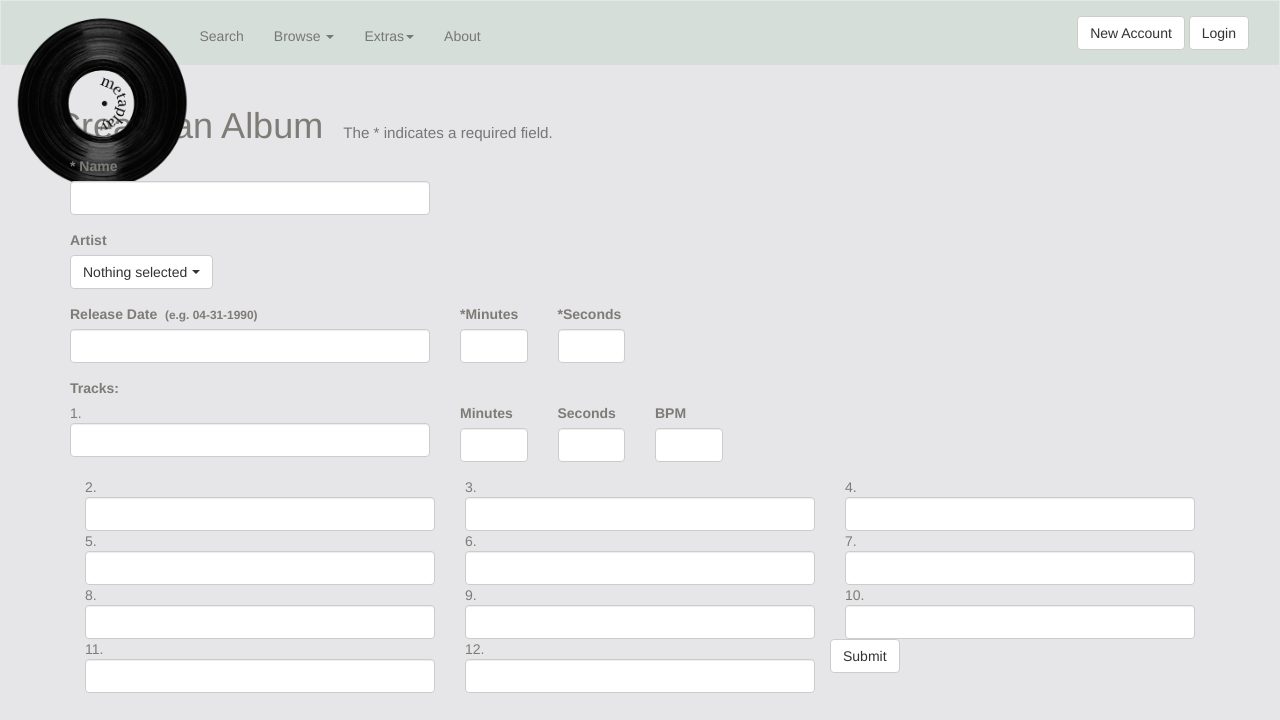
Repository: dRiott/Metaplay
Page: http://localhost/metaplay/WEB-INF/views/album_add.jsp
An editor plug-in stored every save of this project. The page is shown before and after the next save, followed by the edit.
The browser window is 1280 px wide. The pictures show the whole page.
Some web libraries are served in a nearby version. The page is served by Tomcat 9. Nobody is signed in. The template is opened directly, without the code that normally fills it, so the values that code supplies are empty.

Above is the page before, as saved 2015-09-29 20:51:52.
Console error: TypeError: Cannot set properties of null (setting 'value')

After the next save:
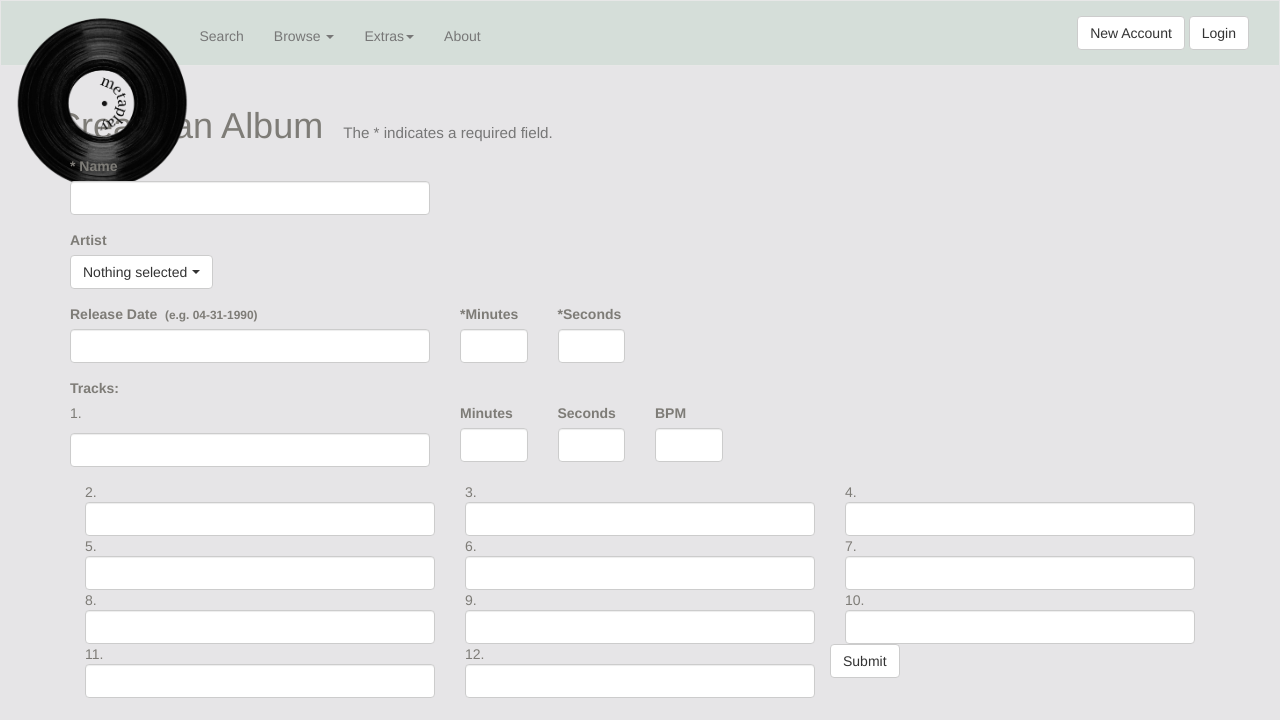
Saved 53 s later.
--- a/metaplay/src/main/webapp/WEB-INF/views/album_add.jsp
+++ b/metaplay/src/main/webapp/WEB-INF/views/album_add.jsp
@@ -91,7 +91,7 @@
 
 					<div class="row">
 						<div class="col-md-4 showNextTrack">
-							<span>1. </span>
+							<p>1. </p>
 							<form:input path="tracks[0].name" cssClass="form-control" id="albumTrack1" />
 						</div>
 						<div class="col-md-1">
